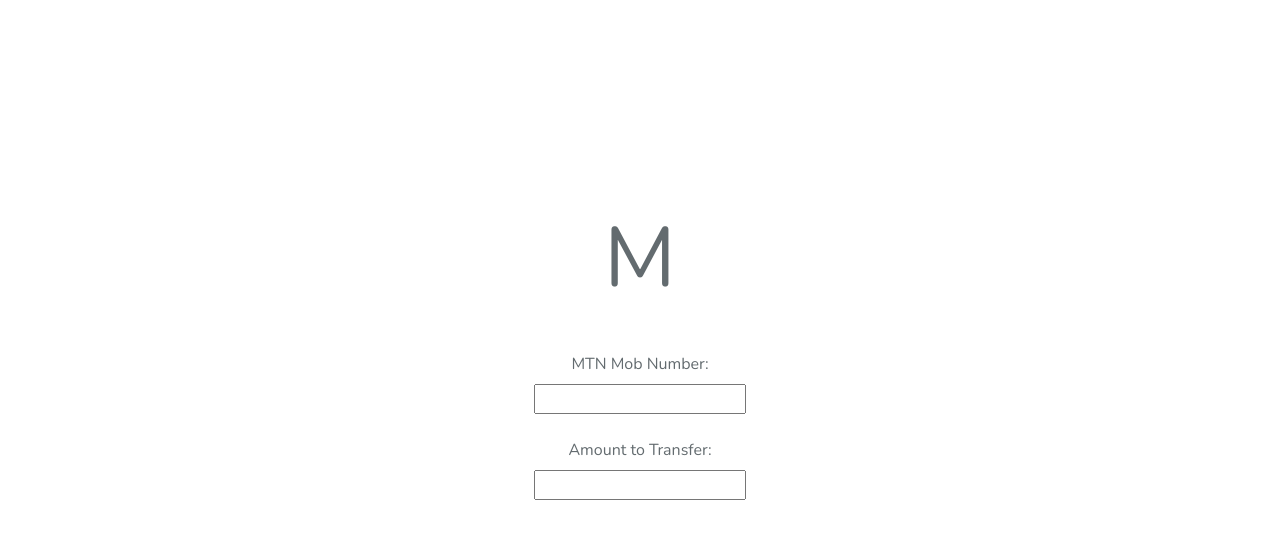
Repository: Vladmir-dev/Work
Page: http://localhost/send-money
The author's editor kept a copy of each file at every save. The page is drawn from the files as they stood at one save, then again after the next save.
The browser window is 1280 px wide. The pictures show the whole page.
The page is served by the project's Laravel application, run on PHP 8.4 with Laravel 8.

Above is the page before, as saved 2021-02-11 17:09:19.

After the next save:
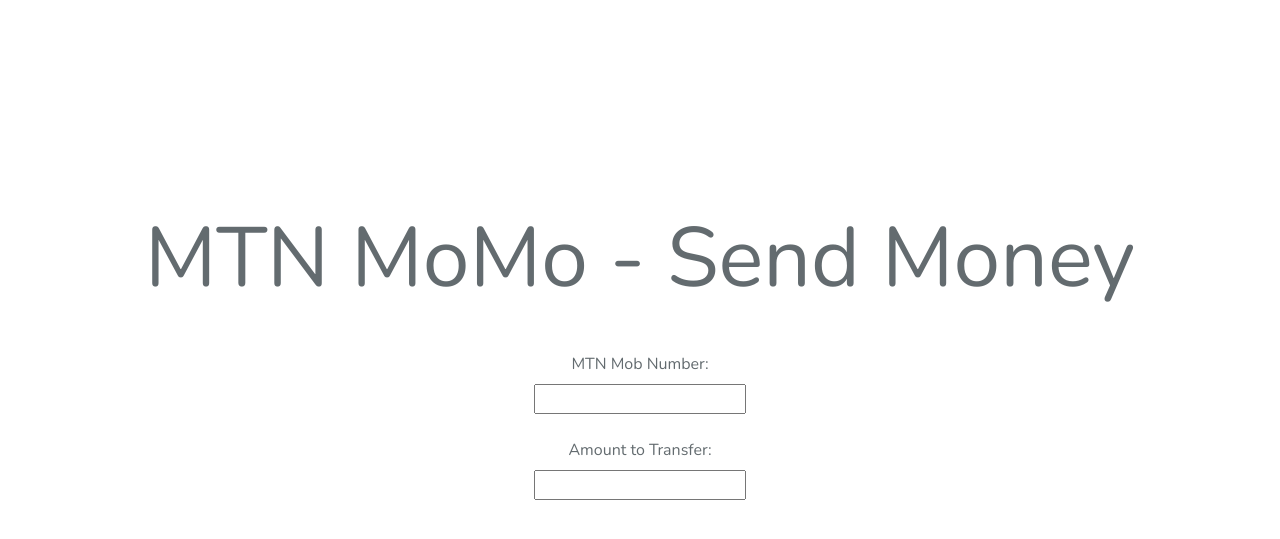
Saved 10 s later.
--- a/MoMo_Trans/resources/views/SendMoney.blade.php
+++ b/MoMo_Trans/resources/views/SendMoney.blade.php
@@ -80,7 +80,7 @@
 
         <div class="content">
             <div class="title m-b-md">
-                M
+                MTN MoMo - Send Money
             </div>
 
             <div class="links">
